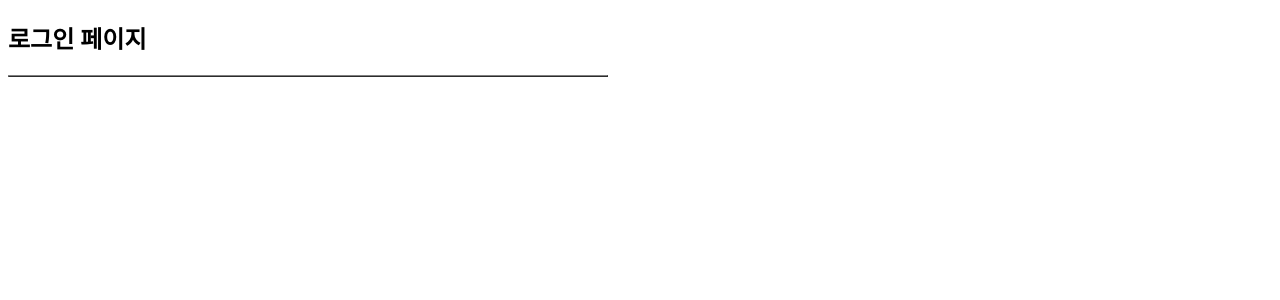
Repository: junirang330/Jsp2026
Page: http://localhost/chapter01/Request/requestLogin.jsp
The author's editor kept a copy of each file at every save. The page is drawn from the files as they stood at one save, then again after the next save.
The browser window is 1280 px wide. The pictures show the whole page.
The page is served by Tomcat 9.

Above is the page before, as saved 2026-10-19 05:46:24.

After the next save:
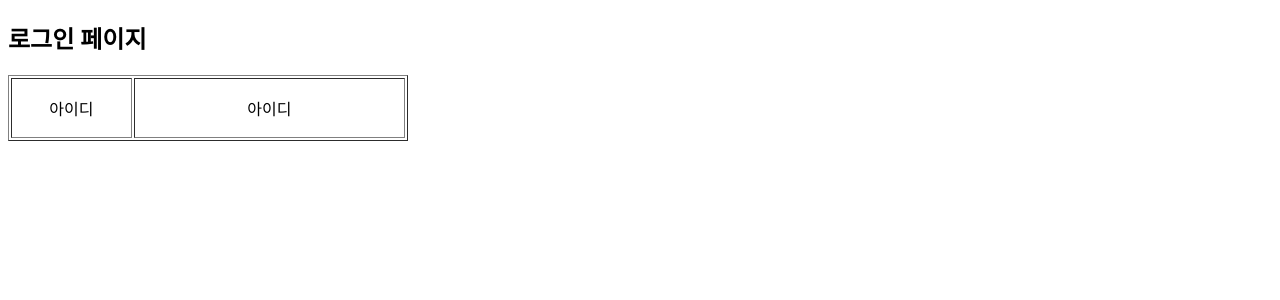
Saved 77 s later.
--- a/chapter01/src/main/webapp/Request/requestLogin.jsp
+++ b/chapter01/src/main/webapp/Request/requestLogin.jsp
@@ -10,7 +10,12 @@
 	<div class="container">
 		<h2>로그인 페이지</h2>
 		<form action="RequestLoginProc.jsp" method = "post">
-			<table width="600" border="1"></table>
+			<table width="400" border="1">
+				<tr height = "60">
+					<td align = "center" width = "150">아이디</td>
+					<td align = "center" width = "350">아이디</td>
+				</tr>
+			</table>
 		</form>
 	</div>
 
